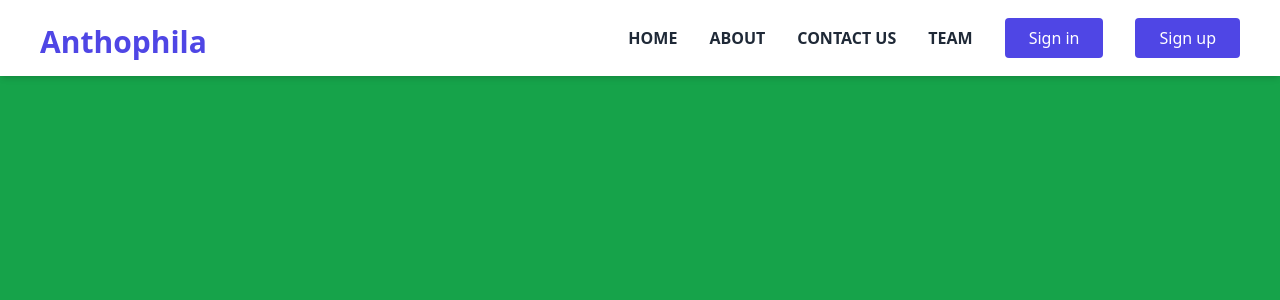
Repository: marcusdashe/anthophila
Page: /
The author's editor kept a copy of each file at every save. The page is drawn from the files as they stood at one save, then again after the next save.
The browser window is 1280 px wide. The pictures show the whole page.
The project was rebuilt for these pictures with package versions that can differ from the ones it lists, and the page was loaded fresh each time. The framework's server and built-in components were replaced by stand-ins that run in the browser. Also part of the build but not shown: next.config.js, styles/Home.module.css.

Above is the page before, as saved 2023-02-24 15:00:28.

### pages/index.js
import Head from 'next/head'
import Image from 'next/image'
import { Inter } from '@next/font/google'
import styles from '@/styles/Home.module.css'
import { Nav } from '@/components/Nav'

const inter = Inter({ subsets: ['latin'] })

export default function Home() {
  return (
    <>
      <Head>
        <title>Anthophilia</title>
        <meta name="description" content="decentralized platform for storing will" />
        <meta name="viewport" content="width=device-width, initial-scale=1" />
        <link rel="icon" href="/favicon.ico" />
      </Head>
      <Nav />
      <main className="bg-green-600 w-full h-screen">

      </main>
    </>
  )
}

### components/Nav.jsx
import React from 'react'
import Button from './Button'

export const Nav = () => {
  let Links = [
    { name: "HOME", link: "/"},
    { name: "ABOUT", link: "/about"},
    { name: "CONTACT US", link: "/contact"},
    { name: "TEAM", link: "/team"},
  ]
  return (
    <div className='shadow-md w-full fixed top-0 left-0'>
        <div className='md:flex items-center justify-between bg-white py-4 md:px-10 px-7'>
            <div className='font-bold text-2xl cursor-pointer flex items-center text-gray-80'>
                <span className='text-3xl text-indigo-600 mr-1 pt-2'>
                    Anthophila
                </span>
            </div>
            <ul className='md:flex md:items-center md:pb-0 pb-12 absolute md:static bg-white md:z-auto z-[-1] left-0 w-full md:w-auto md:p1-0 p1-9 transition-all duration-500'>
              { Links.map((link, idx) => (
                <li key={link.name} className='md:ml-8 text-md font-bold md:my-0 my-7'>
                    <a href={link.link} key={idx} className="text-gray-800 hover:text-gray-400 duration-500">{link.name}</a>
                </li>
              ))}
              <Button>Sign in</Button>
              <Button>Sign up</Button>
            </ul>
        </div>
    </div>
  )
}

### components/Button.jsx
import React from 'react'

const Button = (props) => {
  return (
    <button className='bg-indigo-600 text-white py-2 px-6 rounded md:ml-8 hover:bg-indigo-400 duration-500'>
        {props.children}
    </button>
  )
}

export default Button

### tailwind.config.js
/** @type {import('tailwindcss').Config} */

module.exports = {
  content: [
    "./app/**/*.{js,ts,jsx,tsx}",
    "./pages/**/*.{js,ts,jsx,tsx}",
    "./components/**/*.{js,ts,jsx,tsx}",
  ],
  theme: {
    extend: {},
  },
  plugins: [],
}

Loaded but not shown: pages/_app.js (common file); pages/_document.js (common file); pages/api/hello.js (common file); styles/globals.css (common file)

After the next save:
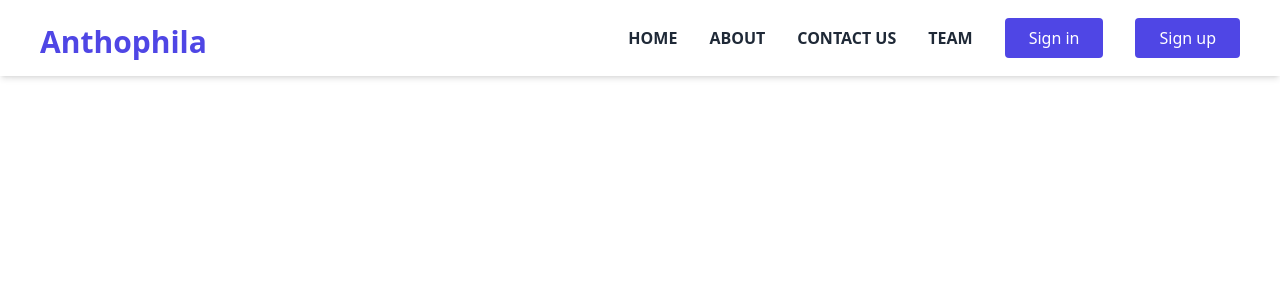
Saved 11 s later.
--- a/pages/index.js
+++ b/pages/index.js
@@ -16,7 +16,7 @@ export default function Home() {
         <link rel="icon" href="/favicon.ico" />
       </Head>
       <Nav />
-      <main className="bg-green-600 w-full h-screen">
+      <main className="bg-brown-600 w-full h-screen">
 
       </main>
     </>
